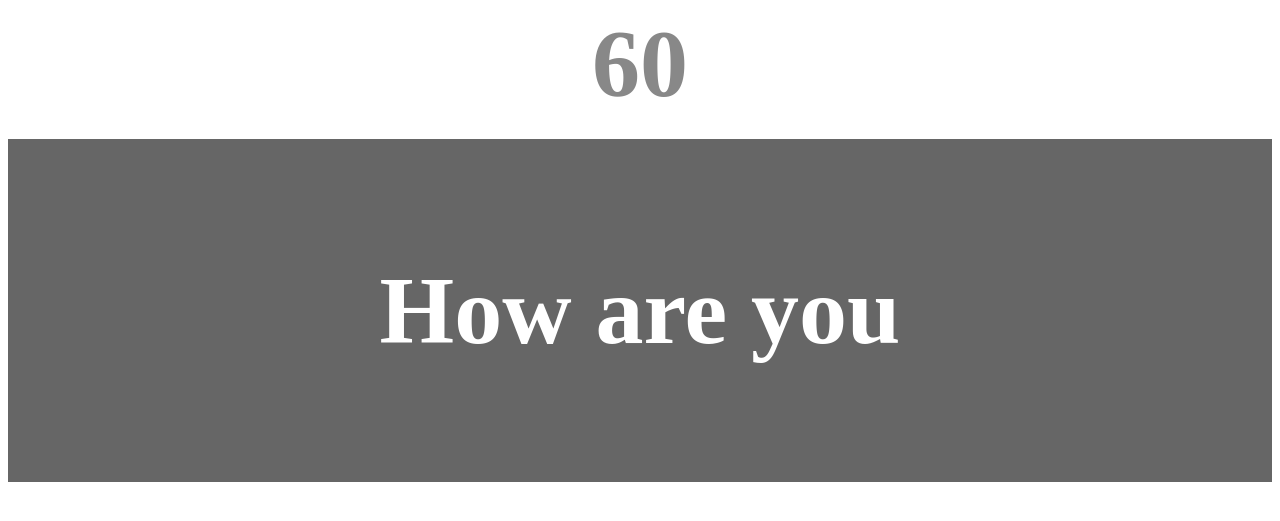
Repository: aoi-711/Samurai_JS
Page: index.html
The author's editor kept a record of every edit. The page is drawn from the files as they stood at one moment, then again after the next edit.
The browser window is 1280 px wide. The pictures show the whole page.
After loading, the first visible `#start` was clicked once.

Above is the page before.

### index.html
<!doctype html>
<html>
<head>
    <meta charset="utf-8" />
    <title>タイピングアプリ</title>
    <style>

        /* ここにCSSを記述する */
     body {
   font-size: 6em;
   text-align: center;
 }

 #count {
   margin: 0;
   font-weight: bold;
   color: #888;
 }

 #wrap {
   margin-top: 20px;
   padding: 20px 10px;
   background-color: #666;
   font-weight: bold;
   color: #fff;
 }

 span {
    transition: all 300ms 0s ease;
}

.add-color {
    font-size: 0.5em;
    color: #666;
}
    </style>
</head>
<body>
    <p id='count'>60</p>
    <div id='wrap'>
        <p id='text'></p>
    </div>
    <button id='start'>スタート</button>






    <script>
     const wrap = document.getElementById('wrap');
const start = document.getElementById('start');

const textLists = [
  'Hello world','This is my App','How are you',
  'Today is sunny','I love JavaScript!','Good morning',
  'I am Japanese','Let it be','Samurai',
  'Typing Game'];

let checkTexts=[];

const createText = () => {
   const p=document.getElementById('text');

   const rnd=Math.floor(Math.random() * textLists.length)

   p.textContent='';

   checkTexts=textLists[rnd].split('').map(value=>{
      const span=document.createElement('span');

      span.textContent=value;
      p.appendChild(span);

       return span;
    })

};


// ランダムなテキストを画面に表示する




let score=0;

const keyDown = e => {
    if(e.key===checkTexts[0].textContent){

        checkTexts[0].className="add-color";
        checkTexts.shift();
        score++;

        if(!checkTexts.length) createText();


    }
}; // キーイベント＆入力判定処理





const rankCheck = score => {

    let text='';

    if(score<100){
        text=`あなたのランクはCです。\bBランクまであと${100-score}文字です。`;
    }else if(score < 200) {
        text = `あなたのランクはBです。\nAランクまであと${200 - score}文字です。`;
    } else if(score < 300) {
        text = `あなたのランクはAです。\nSランクまであと${300 - score}文字です。`;
    } else if(score >= 300) {
        text = `あなたのランクはSです。\nおめでとうございます！`;
    };

    return `${score}文字打てました！\n${text}\n 【OK】リトライ　【キャンセル】　終了`;


}; // ランク判定とメッセージ生成処理





const gameOver = id => {
    clearInterval(id)
    console.log('ゲーム終了！')

    const result=confirm(rankCheck(score));

}; // ゲームの終了処理



const timer = () => {
    let time=60;
    const count=document.getElementById('count')
    const id=setInterval(()=>{

        if(time<=0)gameOver(id);
        count.textContent=time--;

    },1000);

    };
     // タイマー処理




start.addEventListener('click', () => {
 timer();


 createText();
 document.addEventListener('keydown',keyDown);

 start.style.display='none';
})

// ゲームスタート時の処理



    </script>
</body>
</html>

After the next edit:
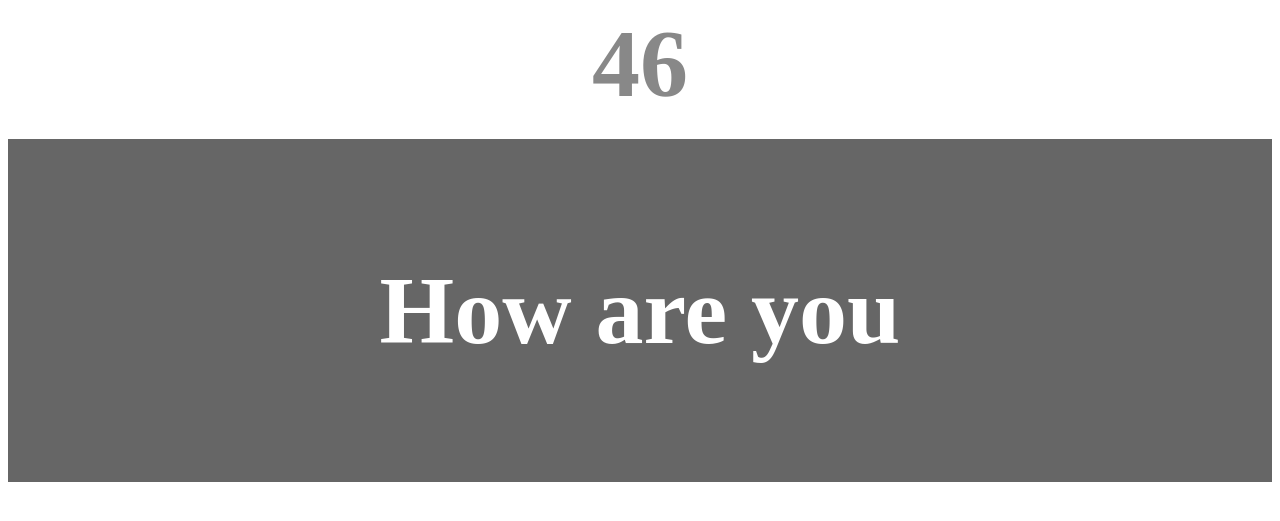
The edit:
--- a/index.html
+++ b/index.html
@@ -143,7 +143,7 @@
         if(time<=0)gameOver(id);
         count.textContent=time--;
 
-    },1000);
+    },100);
 
     };
      // タイマー処理
